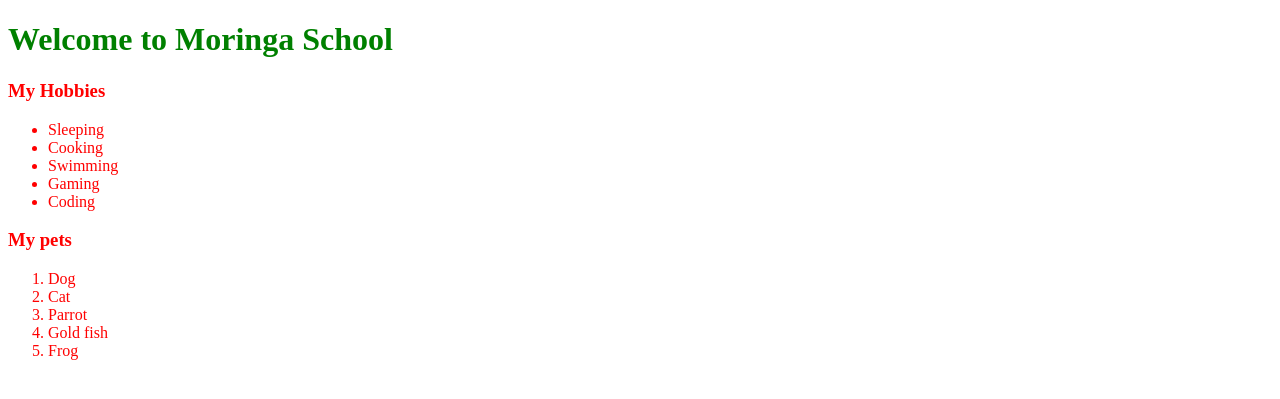
Repository: luckyantony/example
Page: index.html
The author's editor kept a copy of each file at every save. The page is drawn from the files as they stood at one save, then again after the next save.
The browser window is 1280 px wide. The pictures show the whole page.

Above is the page before, as saved 2025-02-17 11:26:41.

### index.html
<!DOCTYPE html>
<html lang="en">
<head>
    <meta charset="UTF-8">
    <meta name="viewport" content="width=device-width, initial-scale=1.0">
    <title>my first website</title>
    <link rel="stylesheet" href="css/style.css">
</head>
<body>
    <h1>Welcome to Moringa School</h1>
    <h3>My Hobbies</h3>
    <Ul>
        <li>Sleeping</li>
        <li>Cooking</li>
        <li>Swimming</li>
        <li>Gaming</li>
        <li>Coding</li>
    </Ul>
    <h3>My pets</h3>
    <ol>
        <li>Dog</li>
        <li>Cat</li>
        <li>Parrot</li>
        <li>Gold fish</li>
        <li>Frog</li>
    </ol>

</body>
</html>

### css/style.css
*{
    color:red
}
h1{
    color:green
}

After the next save:
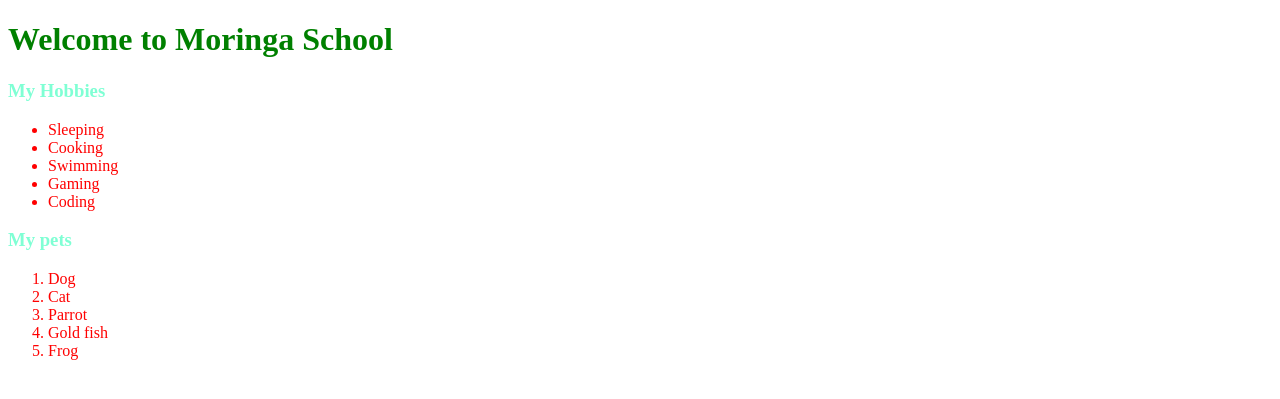
Saved 47 s later.
--- a/css/style.css
+++ b/css/style.css
@@ -4,3 +4,6 @@
 h1{
     color:green
 }
+h3{
+    color:aquamarine
+}
